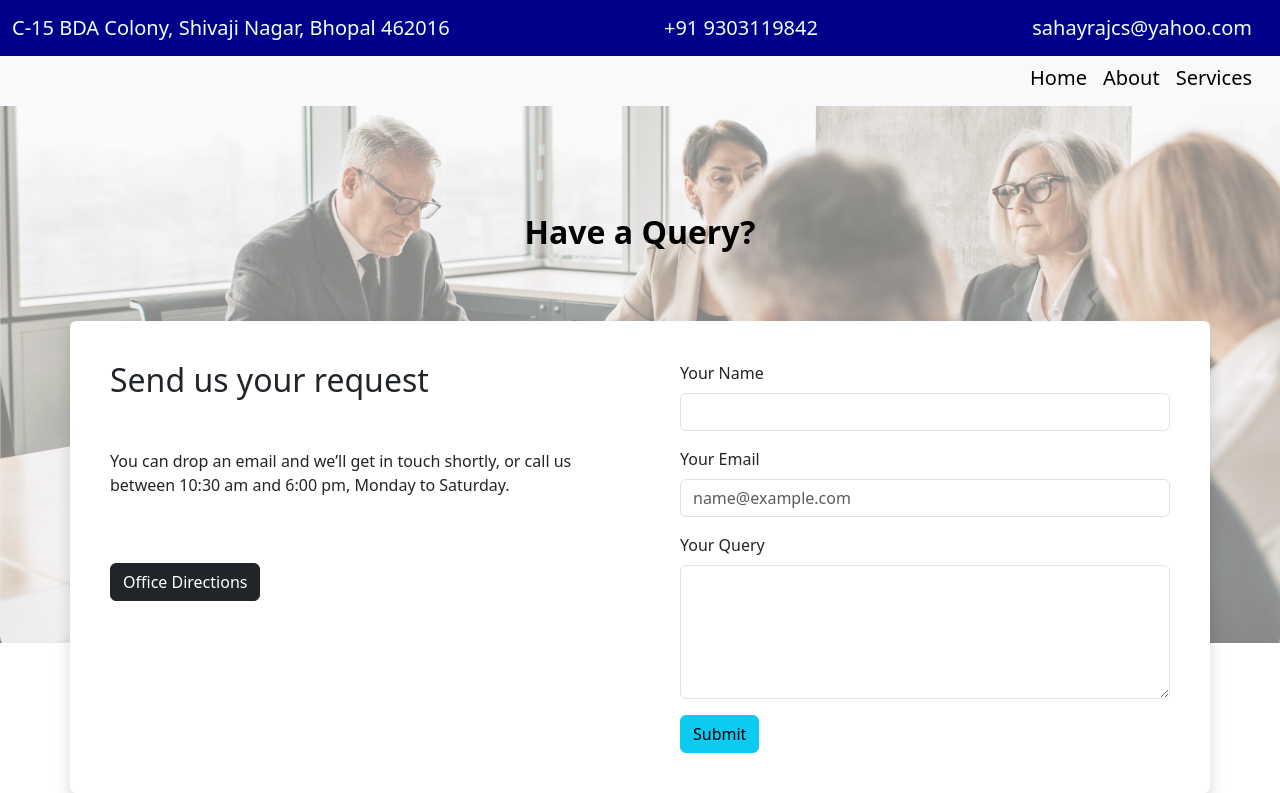
Repository: aayushiss/CS-RSS
Page: services.html
The author's editor kept a copy of each file at every save. The page is drawn from the files as they stood at one save, then again after the next save.
The browser window is 1280 px wide. The pictures show the whole page.

Above is the page before, as saved 2025-05-15 21:58:49.

After the next save:
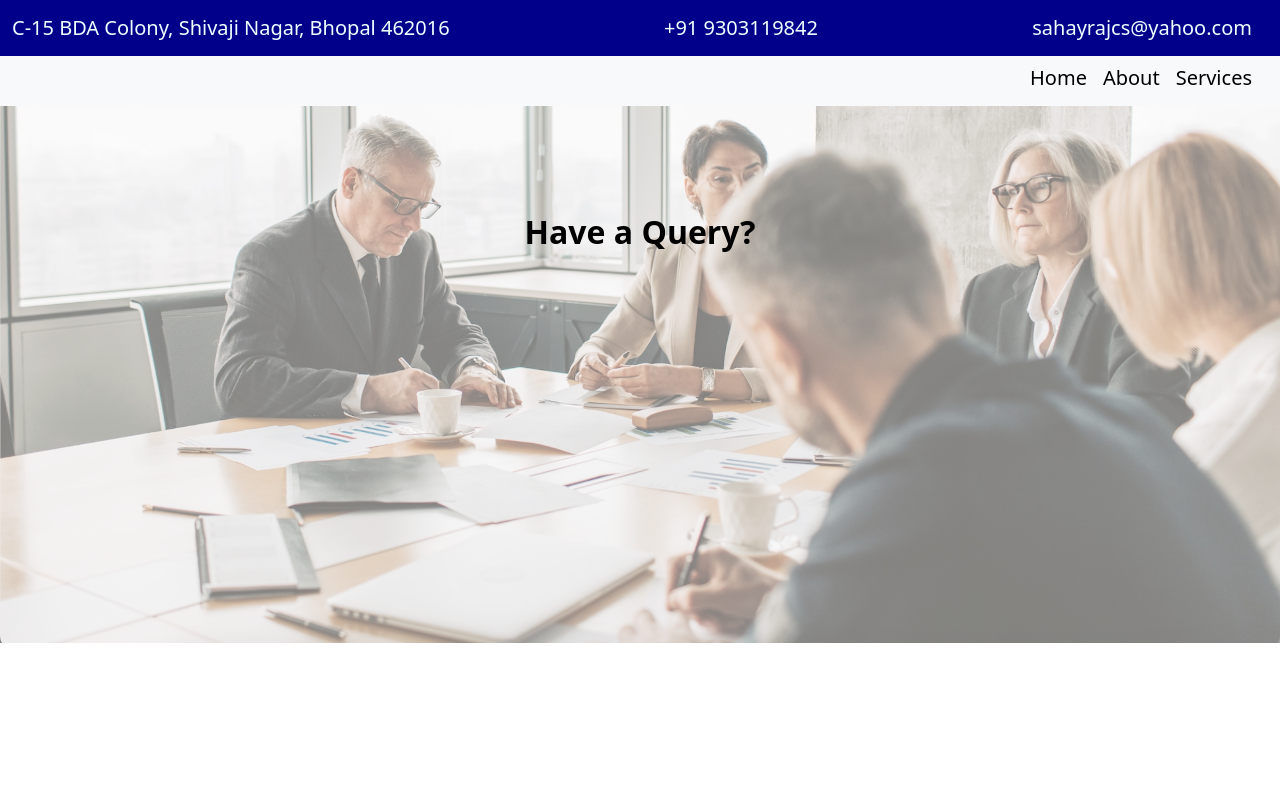
Saved 23 s later.
--- a/services.html
+++ b/services.html
@@ -34,37 +34,6 @@
       Have a Query?
     </h2>
 
-    <div class="container-md position-absolute start-50 translate-middle-x" style="top: 40%;">
-      <div class="row bg-white rounded shadow">
-        <div class="col" style="padding: 40px;">
-          <h2>Send us your request</h2>
-          <p style="margin-top: 50px;">
-            You can drop an email and we’ll get in touch shortly, or call us between 10:30 am and 6:00 pm, Monday to
-            Saturday.
-          </p>
-          <div class="btn btn-dark" style="margin-top: 50px;">
-            <a href="https://www.google.com/maps/place/R+S+SHRIVASTAVA+%26+ASSOCIATES/@23.2288499,77.4244091,17z/data=!3m1!4b1!4m6!3m5!1s0x397c425fada83073:0xcb1e8ba90a487f4e!8m2!3d23.228845!4d77.426984!16s%2Fg%2F1td0r8v9?entry=ttu&g_ep=EgoyMDI1MDUxMi4wIKXMDSoASAFQAw%3D%3D"
-              style="color: white; text-decoration: none; padding-top: 20px;" target="_blank">Office Directions</a>
-          </div>
-        </div>
-        <div class="col" style="padding: 40px;">
-          <div class="mb-3">
-            <label for="formControlInput1" class="form-label">Your Name</label>
-            <input class="form-control" id="ƒormControlInput1">
-          </div>
-          <div class="mb-3">
-            <label for="formControlTextarea1" class="form-label">Your Email</label>
-            <input type="email" class="form-control" id="formControlInput1" placeholder="name@example.com">
-          </div>
-          <div class="mb-3">
-            <label for="formControlTextarea2" class="form-label">Your Query</label>
-            <textarea class="form-control" id="exampleFormControlTextarea1" rows="5"></textarea>
-          </div>
-          <div class="btn btn-info">Submit</div>
-
-        </div>
-      </div>
-    </div>
   </div>
 
 </body>
